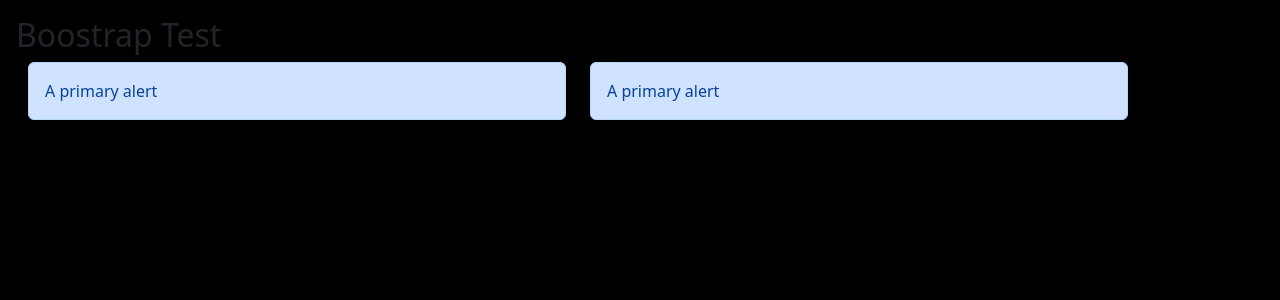
Repository: feyroozecode/meta_backed_dev_coursera
Page: boostrap_test/index.html
The author's editor kept a copy of each file at every save. The page is drawn from the files as they stood at one save, then again after the next save.
The browser window is 1280 px wide. The pictures show the whole page.

Above is the page before, as saved 2023-07-06 23:18:37.

### boostrap_test/index.html
<!DOCTYPE html>
<html lang="en">
<head>
    <meta charset="UTF-8">
    <meta name="viewport" content="width=device-width, initial-scale=1.0">
    <link href="https://cdn.jsdelivr.net/npm/bootstrap@5.2.3/dist/css/bootstrap.min.css" rel="stylesheet"  />
    <title>Intro Boostrap</title>
</head>
<body class="bg-black">

<div>

    <div  class="container bg-center m-2 p-2">

        <h2>Boostrap Test</h2>

        <div class="container">
            <div class="row">
                <div class="col-lg-6">
                    <div class="alert alert-primary" role="alert">
                        A primary alert
                    </div>
                </div>

                <div class="col-lg-6">
                    <div class="alert alert-primary" role="alert">
                        A primary alert
                    </div>
                </div>

            </div>
        </div>

    </div>

</div>


    <script src="https://cdn.jsdelivr.net/npm/bootstrap@5.2.3/dist/js/bootstrap.min.js" integrity="sha384-cuYeSxntonz0PPNlHhBs68uyIAVpIIOZZ5JqeqvYYIcEL727kskC66kF92t6Xl2V" crossorigin="anonymous"></script>

</body>
</html>

After the next save:
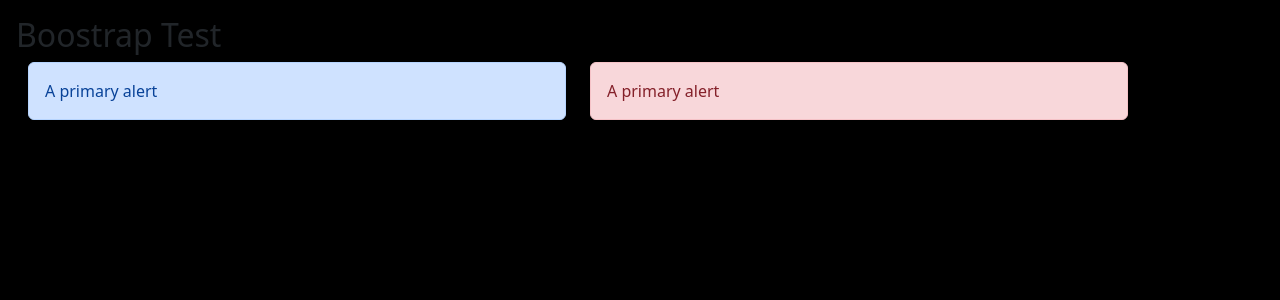
Saved 9 s later.
--- a/boostrap_test/index.html
+++ b/boostrap_test/index.html
@@ -23,7 +23,7 @@
                 </div>
 
                 <div class="col-lg-6">
-                    <div class="alert alert-primary" role="alert">
+                    <div class="alert alert-danger" role="alert">
                         A primary alert
                     </div>
                 </div>
